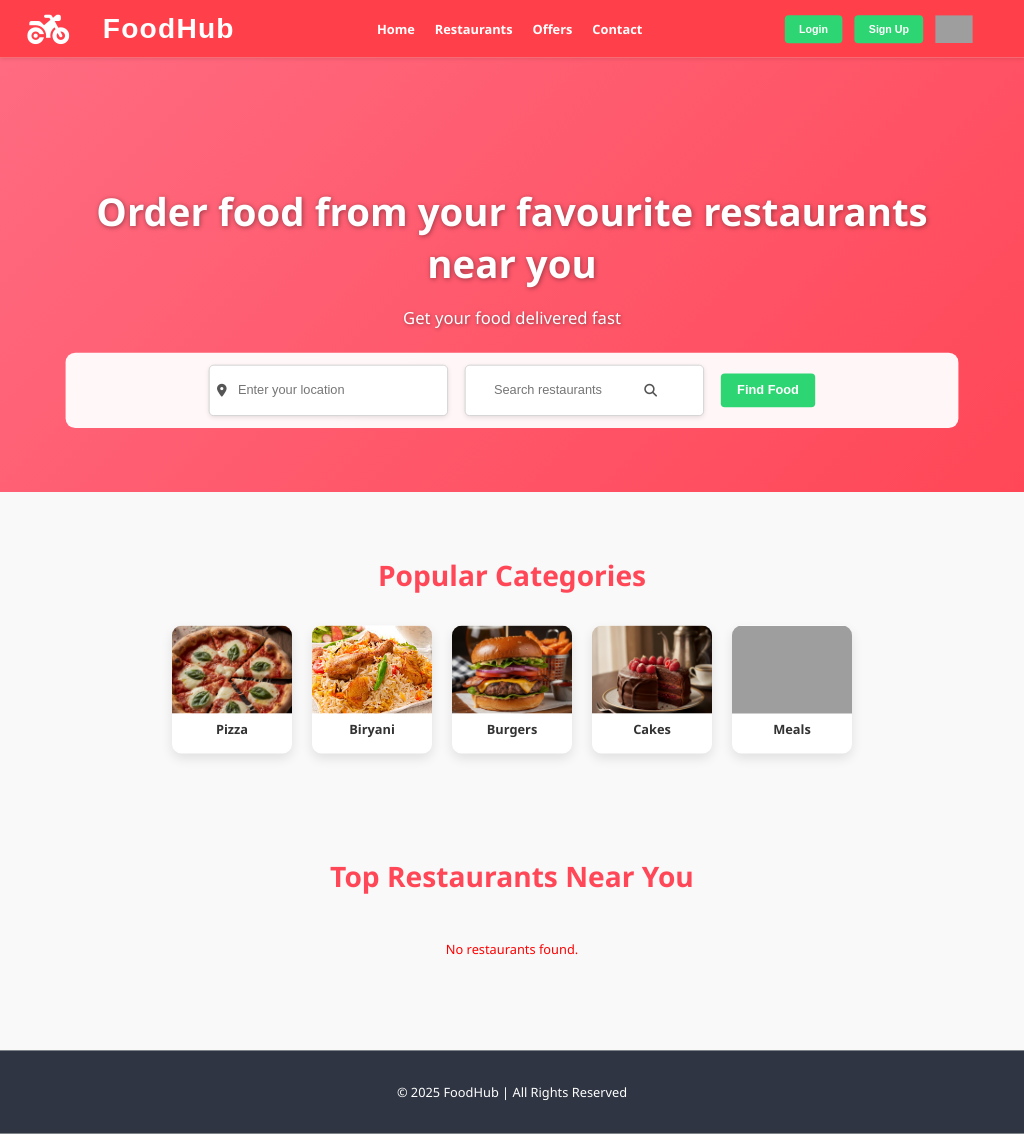
Repository: srinithiashoka/FoodDeliveryApp
Page: http://localhost/FoodDeliveryApp/
The author's editor kept a copy of each file at every save. The page is drawn from the files as they stood at one save, then again after the next save.
The browser window is 1280 px wide. The pictures show the whole page, at 80% of full size.
Pictures or frames that could not be fetched are drawn as grey boxes. The page is served by Tomcat 10. Other server files are loaded and not shown. Queries for data that is not in the repository find no rows.

Above is the page before, as saved 2025-12-02 17:22:10.

### FoodDeliveryApp/src/main/webapp/home.jsp
<%@ page language="java" contentType="text/html; charset=UTF-8" pageEncoding="UTF-8"%>
<%@ page import="java.util.List" %>
<%@ page import="com.foodapp.dao.RestaurantDAO" %>
<%@ page import="com.foodapp.dao.impl.RestaurantDAOImpl" %>
<%@ page import="com.foodapp.model.Restaurant" %>

<%
    String location = request.getParameter("location");
    String restaurantName = request.getParameter("restaurant");

    RestaurantDAO dao = new RestaurantDAOImpl();
    List<Restaurant> restaurants;

    if ((location != null && !location.isEmpty()) || (restaurantName != null && !restaurantName.isEmpty())) {
        restaurants = dao.searchRestaurants(location, restaurantName);
    } else {
        restaurants = dao.getActiveRestaurants();
    }
%>

<!DOCTYPE html>
<html>
<head>
    <meta charset="UTF-8">
    <title>FoodHub - Food Delivery App</title>

    <link rel="stylesheet"
          href="https://cdnjs.cloudflare.com/ajax/libs/font-awesome/6.5.0/css/all.min.css">

    <link rel="stylesheet" href="css/home.css">
</head>

<body>

<!-- NAVBAR -->
<header>
    <div class="container">
        <div class="navbar">

            <!-- TEXT LOGO + SCOOTER ICON -->
            <div class="logo">
                <i class="fa-solid fa-motorcycle scooter-icon"></i>
                <span class="logo-text">FoodHub</span>
            </div>

            <ul class="nav-menu">
                <li><a href="#">Home</a></li>
                <li><a href="#">Restaurants</a></li>
                <li><a href="#">Offers</a></li>
                <li><a href="#">Contact</a></li>
            </ul>

            <div class="nav-actions">
                <button class="btn btn-login">Login</button>
                <button class="btn btn-signup">Sign Up</button>
                <img src="https://cdn-icons-png.flaticon.com/512/3144/3144456.png"
                     alt="Cart" title="My Cart">
            </div>
        </div>
    </div>
</header>


<!-- HERO SECTION -->
<section class="hero">
    <div class="container">
        <div class="hero-text-box">
            <h1>Order food from your favourite restaurants near you</h1>
            <p>Get your food delivered fast</p>
        </div>

        <div class="search-box">
            <form action="home.jsp" method="get" class="search-form">

                <div class="input-wrapper">
                    <i class="fa fa-map-marker-alt"></i>
                    <input type="text" name="location" placeholder="Enter your location"
                           value="<%= location != null ? location : "" %>">
                </div>

                <div class="input-wrapper">
                    <i class="fa fa-search"></i>
                    <input type="text" name="restaurant" placeholder="Search restaurants"
                           value="<%= restaurantName != null ? restaurantName : "" %>">
                </div>

                <button type="submit" class="btn btn-login">Find Food</button>
            </form>
        </div>
    </div>
</section>

<!-- CATEGORIES SECTION -->
<section class="categories">
    <div class="container">
        <h2>Popular Categories</h2>
        <div class="category-grid">
            <div class="category-card"><img src="images/pizzas.jpg"><p>Pizza</p></div>
            <div class="category-card"><img src="images/briyani.jpeg"><p>Biryani</p></div>
            <div class="category-card"><img src="images/burgers.jpg"><p>Burgers</p></div>
            <div class="category-card"><img src="images/cake.jpg"><p>Cakes</p></div>
            <div class="category-card"><img src="images/meals.jpeg"><p>Meals</p></div>
        </div>
    </div>
</section>

<!-- RESTAURANTS SECTION -->
<section class="restaurants">
    <div class="container">
        <h2>Top Restaurants Near You</h2>

        <div class="restaurant-grid">
            <% if (restaurants != null && !restaurants.isEmpty()) {
                for (Restaurant r : restaurants) { %>
            <a href="menu?action=byRestaurant&restaurantId=<%= r.getRestaurantId() %>" class="restaurant-card-link">

                    <div class="restaurant-card">
                        <img src="<%= r.getImagePath() %>">
                        <div class="restaurant-info">
                            <h3><%= r.getName() %></h3>
                            <div class="restaurant-meta">
                                <span><%= r.getCuisineType() %></span>
                                <span><%= r.getDeliveryTime() %></span>
                            </div>
                            <p><%= r.getAddress() %></p>
                        </div>
                    </div>

            <%  }
            } else { %>
                <p style="text-align:center; width:100%; color:red;">No restaurants found.</p>
            <% } %>
        </div>
    </div>
</section>

<!-- FOOTER -->
<footer>
    <p>© 2025 FoodHub | All Rights Reserved</p>
</footer>

</body>
</html>

### FoodDeliveryApp/src/main/java/com/foodapp/dao/RestaurantDAO.java
package com.foodapp.dao;

import java.util.List;
import com.foodapp.model.Restaurant;

public interface RestaurantDAO {
    boolean addRestaurant(Restaurant restaurant);
    boolean updateRestaurant(Restaurant restaurant);
    boolean deleteRestaurant(int restaurantId);
    Restaurant getRestaurantById(int restaurantId);
    List<Restaurant> getAllRestaurants();
    List<Restaurant> getActiveRestaurants();

    // ✅ New method for search
    List<Restaurant> searchRestaurants(String location, String name);
}

### FoodDeliveryApp/src/main/java/com/foodapp/dao/impl/RestaurantDAOImpl.java
package com.foodapp.dao.impl;

import com.foodapp.dao.RestaurantDAO;
import com.foodapp.model.Restaurant;
import com.foodapp.util.DBConnection;

import java.sql.*;
import java.util.ArrayList;
import java.util.List;

public class RestaurantDAOImpl implements RestaurantDAO {

    @Override
    public boolean addRestaurant(Restaurant r) {
        String sql = "INSERT INTO restaurants (name, cuisineType, deliveryTime, address, adminUserId, isActive, imagePath) VALUES (?, ?, ?, ?, ?, ?, ?)";
        try (Connection conn = DBConnection.getConnection();
             PreparedStatement ps = conn.prepareStatement(sql)) {
            ps.setString(1, r.getName());
            ps.setString(2, r.getCuisineType());
            ps.setString(3, r.getDeliveryTime());
            ps.setString(4, r.getAddress());
            ps.setInt(5, r.getAdminUserId());
            ps.setBoolean(6, r.isActive());
            ps.setString(7, r.getImagePath());
            return ps.executeUpdate() > 0;
        } catch (SQLException e) {
            e.printStackTrace();
        }
        return false;
    }

    @Override
    public boolean updateRestaurant(Restaurant r) {
        String sql = "UPDATE restaurants SET name=?, cuisineType=?, deliveryTime=?, address=?, adminUserId=?, isActive=?, imagePath=? WHERE restaurantId=?";
        try (Connection conn = DBConnection.getConnection();
             PreparedStatement ps = conn.prepareStatement(sql)) {
            ps.setString(1, r.getName());
            ps.setString(2, r.getCuisineType());
            ps.setString(3, r.getDeliveryTime());
            ps.setString(4, r.getAddress());
            ps.setInt(5, r.getAdminUserId());
            ps.setBoolean(6, r.isActive());
            ps.setString(7, r.getImagePath());
            ps.setInt(8, r.getRestaurantId());
            return ps.executeUpdate() > 0;
        } catch (SQLException e) {
            e.printStackTrace();
        }
        return false;
    }

    @Override
    public boolean deleteRestaurant(int restaurantId) {
        String sql = "DELETE FROM restaurants WHERE restaurantId=?";
        try (Connection conn = DBConnection.getConnection();
             PreparedStatement ps = conn.prepareStatement(sql)) {
            ps.setInt(1, restaurantId);
            return ps.executeUpdate() > 0;
        } catch (SQLException e) {
            e.printStackTrace();
        }
        return false;
    }

    @Override
    public Restaurant getRestaurantById(int restaurantId) {
        String sql = "SELECT * FROM restaurants WHERE restaurantId=?";
        try (Connection conn = DBConnection.getConnection();
             PreparedStatement ps = conn.prepareStatement(sql)) {
            ps.setInt(1, restaurantId);
            try (ResultSet rs = ps.executeQuery()) {
                if (rs.next()) {
                    return extractRestaurant(rs);
                }
            }
        } catch (SQLException e) {
            e.printStackTrace();
        }
        return null;
    }

    @Override
    public List<Restaurant> getAllRestaurants() {
        List<Restaurant> list = new ArrayList<>();
        String sql = "SELECT * FROM restaurants";
        try (Connection conn = DBConnection.getConnection();
             Statement st = conn.createStatement();
             ResultSet rs = st.executeQuery(sql)) {
            while (rs.next()) {
                list.add(extractRestaurant(rs));
            }
        } catch (SQLException e) {
            e.printStackTrace();
        }
        return list;
    }

    @Override
    public List<Restaurant> getActiveRestaurants() {
        List<Restaurant> list = new ArrayList<>();
        String sql = "SELECT * FROM restaurants WHERE isActive = TRUE";
        try (Connection conn = DBConnection.getConnection();
             Statement st = conn.createStatement();
             ResultSet rs = st.executeQuery(sql)) {
            while (rs.next()) {
                list.add(extractRestaurant(rs));
            }
        } catch (SQLException e) {
            e.printStackTrace();
        }
        return list;
    }

    private Restaurant extractRestaurant(ResultSet rs) throws SQLException {
        Restaurant r = new Restaurant();
        r.setRestaurantId(rs.getInt("restaurantId"));
        r.setName(rs.getString("name"));
        r.setCuisineType(rs.getString("cuisineType"));
        r.setDeliveryTime(rs.getString("deliveryTime"));
        r.setAddress(rs.getString("address"));
        r.setAdminUserId(rs.getInt("adminUserId"));
        r.setActive(rs.getBoolean("isActive"));
        r.setImagePath(rs.getString("imagePath"));
        return r;
    }

    @Override
    public List<Restaurant> searchRestaurants(String location, String name) {
        List<Restaurant> list = new ArrayList<>();
        String sql = "SELECT * FROM restaurants WHERE isActive = TRUE";

        if (location != null && !location.isEmpty()) {
            sql += " AND address LIKE ?";
        }
        if (name != null && !name.isEmpty()) {
            sql += " AND name LIKE ?";
        }

        try (Connection conn = DBConnection.getConnection();
             PreparedStatement ps = conn.prepareStatement(sql)) {

            int index = 1;
            if (location != null && !location.isEmpty()) {
                ps.setString(index++, "%" + location + "%");
            }
            if (name != null && !name.isEmpty()) {
                ps.setString(index++, "%" + name + "%");
            }

            try (ResultSet rs = ps.executeQuery()) {
                while (rs.next()) {
                    list.add(extractRestaurant(rs));
                }
            }

        } catch (SQLException e) {
            e.printStackTrace();
        }
        return list;
    }

    }

### FoodDeliveryApp/src/main/java/com/foodapp/util/DBConnection.java
package com.foodapp.util;

import java.sql.Connection;
import java.sql.DriverManager;
import java.sql.SQLException;

public class DBConnection {

    private static final String URL = "jdbc:mysql://localhost:3306/food_delivery?useSSL=false&serverTimezone=UTC";
    private static final String USER = "root";
    private static final String PASS = "root";

    static {
        try {
            Class.forName("com.mysql.cj.jdbc.Driver");
        } catch (ClassNotFoundException e) {
            e.printStackTrace();
        }
    }

    public static Connection getConnection() throws SQLException {
        return DriverManager.getConnection(URL, USER, PASS);
    }
}

### FoodDeliveryApp/src/main/webapp/css/home.css
/* =======================
   General Styles
======================= */
body {
    margin: 0;
    font-family: 'Segoe UI', Tahoma, Geneva, Verdana, sans-serif;
    background: #f9f9f9;
    color: #333;
}

a {
    text-decoration: none;
    color: inherit;
}

.container {
    width: 90%;
    max-width: 1200px;
    margin: 0 auto;
}


/* =======================
   Header / Logo Animation
======================= */

header {
    background: #ff3f4a;
    padding: 15px 0;
    color: white;
    position: sticky;
    top: 0;
    z-index: 100;
    box-shadow: 0 2px 5px rgba(0,0,0,0.1);
}

.logo {
    display: flex;
    align-items: center;
    gap: 12px;
    cursor: pointer;
    position: relative;
}

/* Logo Text */
.logo-text {
    font-size: 2.2rem;
    font-weight: 900;
    font-family: 'Poppins', sans-serif;
    color: #ffffff;
    letter-spacing: 1.5px;
    opacity: 0;
    transform: translateY(15px);
    animation: textFade 1.3s ease-out forwards;
}

@keyframes textFade {
    0% { opacity: 0; transform: translateY(15px); }
    100% { opacity: 1; transform: translateY(0); }
}

/* Scooter Icon */
.scooter-icon {
    font-size: 42px;
    color: #ffffff;
    opacity: 0;
    position: relative;
    left: -30px;
    animation: scooterDrive 2s ease-out forwards 1.5s; /* delayed after text */
}

@keyframes scooterDrive {
    0% { transform: translateX(-30px) rotate(-10deg); opacity: 0; }
    50% { transform: translateX(10px) rotate(5deg); opacity: 1; }
    100% { transform: translateX(0) rotate(0deg); opacity: 1; }
}

/* Hover effect */
.logo:hover .logo-text {
    color: #ffeaa7;
    text-shadow: 0 0 10px rgba(255,255,255,0.8);
    transition: 0.3s;
}

.logo:hover .scooter-icon {
    transform: translateX(5px) rotate(2deg);
    transition: 0.3s;
}

/* =======================
   Navbar Layout
======================= */
.navbar {
    display: flex;
    justify-content: space-between;
    align-items: center;
}

.nav-menu {
    display: flex;
    list-style: none;
    gap: 25px;
    margin: 0;
    padding: 0;
}

.nav-menu li a {
    font-weight: bold;
    color: white;
    transition: color 0.3s;
}

.nav-menu li a:hover {
    color: #ffeaa7;
}

.nav-actions {
    display: flex;
    align-items: center;
    gap: 15px;
}

.nav-actions img {
    height: 35px;
    cursor: pointer;
    transition: transform 0.2s;
}

.nav-actions img:hover {
    transform: scale(1.1);
}

/* Buttons */
.btn {
    padding: 10px 18px;
    border: none;
    border-radius: 5px;
    cursor: pointer;
    font-weight: bold;
    transition: background 0.3s, transform 0.2s;
}

.btn-login,
.btn-signup,
.search-box button {
    background: #2ed573;
    color: white;
}

.btn-login:hover,
.btn-signup:hover,
.search-box button:hover {
    background: #26c35e;
    transform: scale(1.05);
}

/* =======================
   Hero Section
======================= */
.hero {
    background: linear-gradient(135deg, #ff6b81, #ff4757);
    color: white;
    text-align: center;
    padding: 120px 20px 80px 20px;
}

.hero h1 {
    font-size: 3rem;
    margin-bottom: 15px;
    text-shadow: 1px 1px 6px rgba(0,0,0,0.4);
}

.hero p {
    font-size: 1.3rem;
    margin-bottom: 30px;
    text-shadow: 1px 1px 5px rgba(0,0,0,0.4);
}

/* =======================
   Search Box
======================= */
.search-box {
    display: flex;
    justify-content: center;
    background: rgba(255, 255, 255, 0.95);
    padding: 15px;
    border-radius: 12px;
}

.search-form {
    display: flex;
    align-items: center;
    justify-content: center;
    gap: 70px;
    flex-wrap: nowrap;
}

.input-wrapper {
    position: relative;
    width: 250px;
    flex-shrink: 0;
}

.input-wrapper input {
    width: 100%;
    padding: 10px 12px;
    padding-left: 35px;
    border-radius: 6px;
    border: 1px solid #ccc;
    box-shadow: 0 2px 6px rgba(0,0,0,0.1);
    height: 42px;
    font-size: 1rem;
}

.input-wrapper i {
    position: absolute;
    font-size: 16px;
    color: #555;
    top: 50%;
    transform: translateY(-50%);
}

.fa-map-marker-alt { left: 10px; }
.fa-search { right: 10px; }

.search-box button {
    height: 42px;
    padding: 0 20px;
    font-size: 1rem;
}

/* =======================
   Categories
======================= */
.categories {
    padding: 50px 0;
}

.categories h2 {
    text-align: center;
    margin-bottom: 40px;
    font-size: 2.2rem;
    color: #ff4757;
}

.category-grid {
    display: flex;
    justify-content: center;
    flex-wrap: wrap;
    gap: 25px;
}

.category-card {
    background: white;
    border-radius: 12px;
    width: 150px;
    height: 160px;
    display: flex;
    flex-direction: column;
    align-items: center;
    justify-content: flex-start;
    box-shadow: 0 6px 15px rgba(0,0,0,0.1);
    cursor: pointer;
    transition: transform 0.3s, box-shadow 0.3s;
}

.category-card:hover {
    transform: translateY(-8px);
    box-shadow: 0 10px 20px rgba(0,0,0,0.15);
}

.category-card img {
    width: 100%;
    height: 110px;
    object-fit: cover;
    border-radius: 12px 12px 0 0;
}

.category-card p {
    margin: 8px 0;
    font-weight: 600;
}

/* =======================
   Restaurants
======================= */
.restaurants {
    padding: 50px 0;
}

.restaurants h2 {
    text-align: center;
    margin-bottom: 40px;
    font-size: 2.2rem;
    color: #ff4757;
}

.restaurant-grid {
    display: flex;
    flex-wrap: wrap;
    justify-content: center;
    gap: 25px;
}

.restaurant-card {
    background: white;
    width: 260px;
    border-radius: 12px;
    overflow: hidden;
    box-shadow: 0 6px 20px rgba(0,0,0,0.1);
    transition: transform 0.3s, box-shadow 0.3s;
    cursor: pointer;
}

.restaurant-card:hover {
    transform: translateY(-8px);
    box-shadow: 0 12px 25px rgba(0,0,0,0.15);
}

.restaurant-card img {
    width: 100%;
    height: 160px;
    object-fit: cover;
}

.restaurant-info {
    padding: 18px;
}

.restaurant-info h3 {
    margin: 0 0 8px 0;
}

.restaurant-meta {
    display: flex;
    justify-content: space-between;
    font-size: 0.9rem;
    color: #555;
    margin-bottom: 8px;
}

/* =======================
   Footer
======================= */
footer {
    background: #2f3542;
    color: white;
    text-align: center;
    padding: 25px 0;
    margin-top: 50px;
}

/* =======================
   Responsive
======================= */

/* ----- Tablets ----- */
@media(max-width: 1023px) {
    .search-form { gap: 35px; }
    .input-wrapper { width: 200px; }
    .category-card, .restaurant-card { width: 45%; }
}

/* ----- Mobile ----- */
@media(max-width: 767px) {

    .nav-menu { display: none; }

    .search-form {
        flex-direction: column;
        gap: 18px;
    }

    .input-wrapper {
        width: 100%;
    }

    .search-box button {
        width: 100%;
    }

    .category-card, .restaurant-card {
        width: 90%;
    }
}

/* ----- Small Phones ----- */
@media(max-width: 480px) {
    .hero h1 { font-size: 2rem; }
    .hero p { font-size: 1rem; }
}

After the next save:
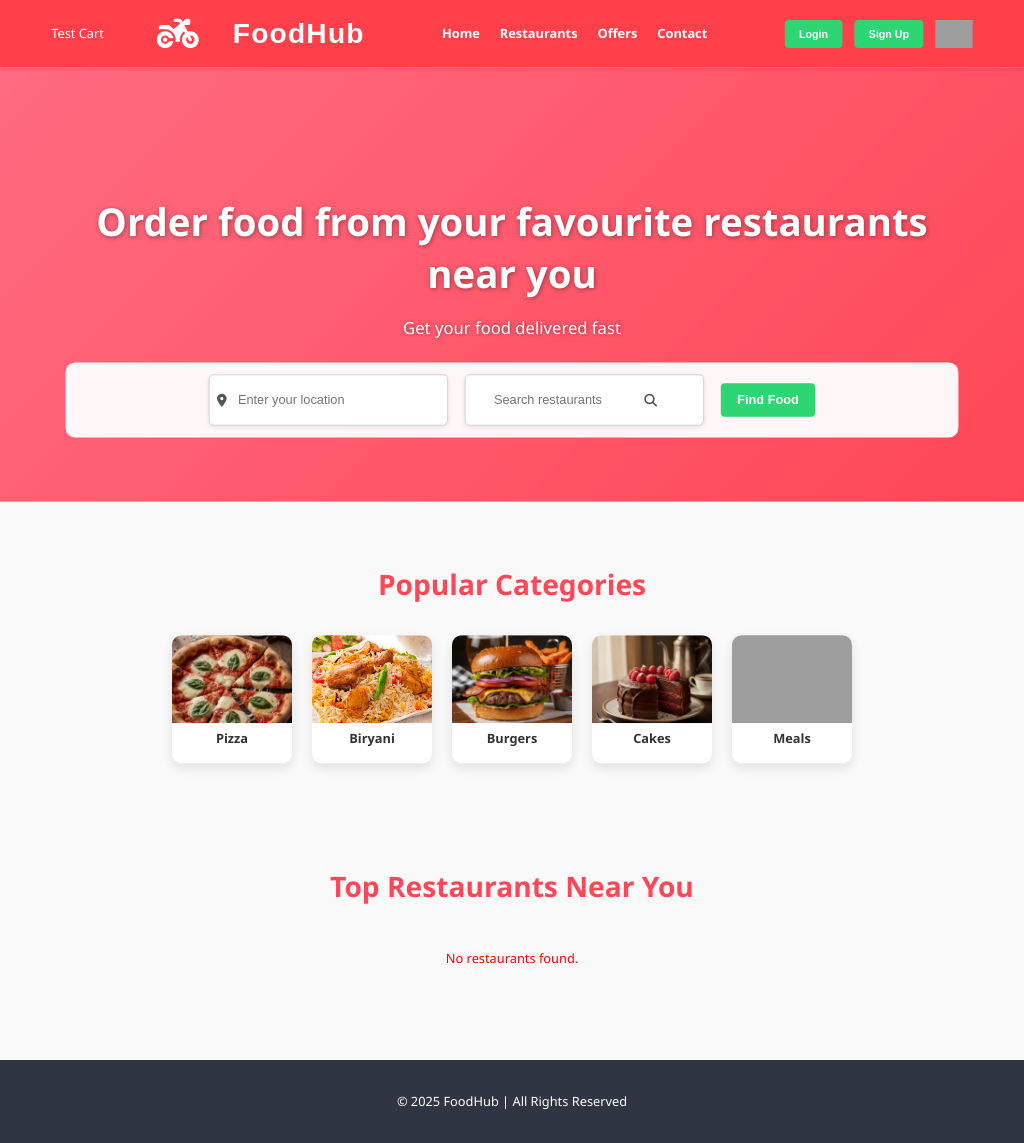
Saved 66 s later.
--- a/FoodDeliveryApp/src/main/webapp/home.jsp
+++ b/FoodDeliveryApp/src/main/webapp/home.jsp
@@ -36,6 +36,7 @@
 <header>
     <div class="container">
         <div class="navbar">
+    <p><a href="cart_test.jsp">Test Cart</a></p> <!-- Added link to cart_test.jsp -->
 
             <!-- TEXT LOGO + SCOOTER ICON -->
             <div class="logo">

After the save that followed:
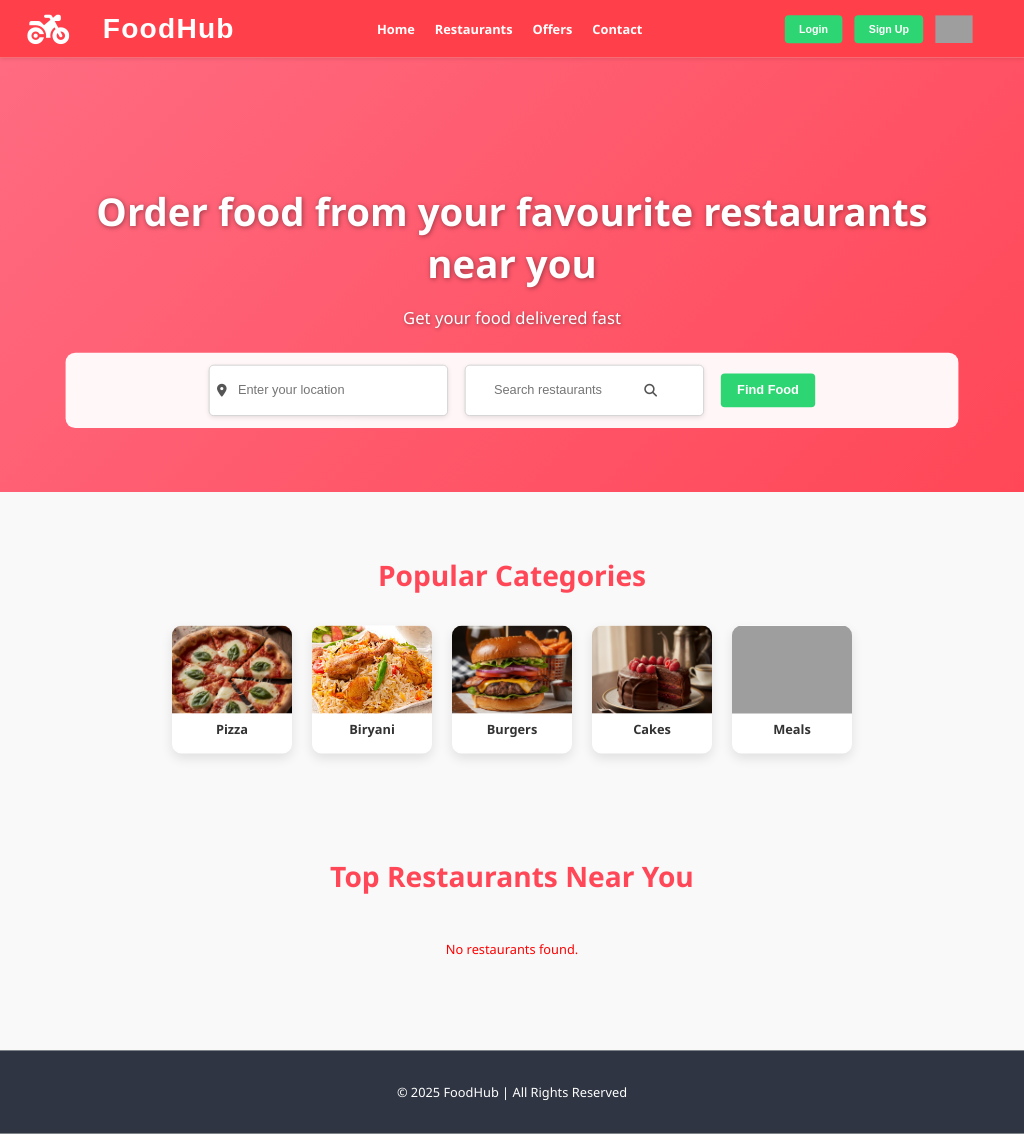
Saved 66 s later.
--- a/FoodDeliveryApp/src/main/webapp/home.jsp
+++ b/FoodDeliveryApp/src/main/webapp/home.jsp
@@ -36,7 +36,6 @@
 <header>
     <div class="container">
         <div class="navbar">
-    <p><a href="cart_test.jsp">Test Cart</a></p> <!-- Added link to cart_test.jsp -->
 
             <!-- TEXT LOGO + SCOOTER ICON -->
             <div class="logo">
